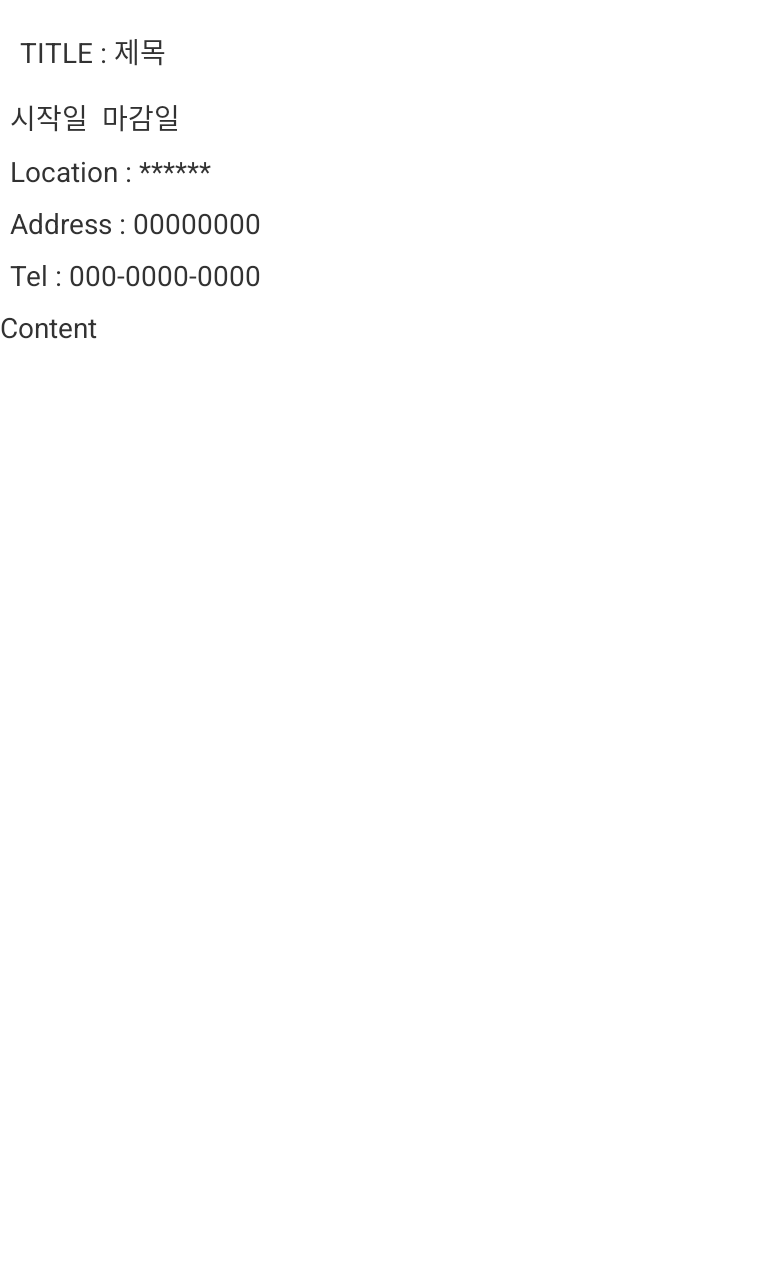
Repository: chlduq04/java
Layout: Culturemap/res/layout/detail.xml
An editor plug-in stored every save of this project. The layout is shown before and after the next save, followed by the edit.
It is drawn on a 768 x 1280 px phone screen (xhdpi) without system bars, with theme AppTheme; the app's code is not run.

Above is the layout before, as saved 2012-07-23 07:07:57.

After the next save:
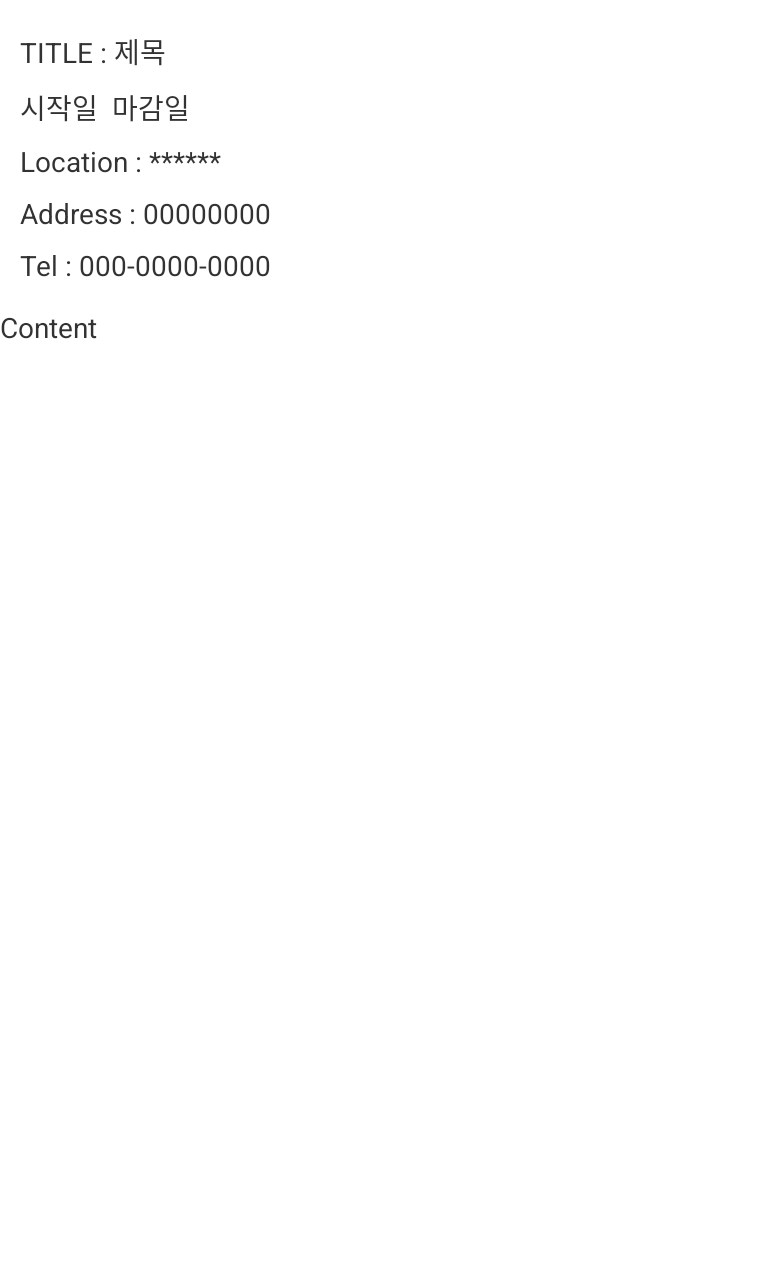
Saved 21 s later.
--- a/Culturemap/res/layout/detail.xml
+++ b/Culturemap/res/layout/detail.xml
@@ -5,14 +5,14 @@
     android:orientation="vertical" >
 
     <LinearLayout
-        android:padding="5dip"
         android:layout_width="match_parent"
         android:layout_height="wrap_content"
+        android:layout_margin="5dip"
         android:layout_weight="0.15"
-        android:orientation="vertical" >
+        android:orientation="vertical"
+        android:padding="5dip" >
 
         <LinearLayout
-            android:layout_margin="5dip"
             android:layout_width="fill_parent"
             android:layout_height="wrap_content"
             android:layout_weight="1"
